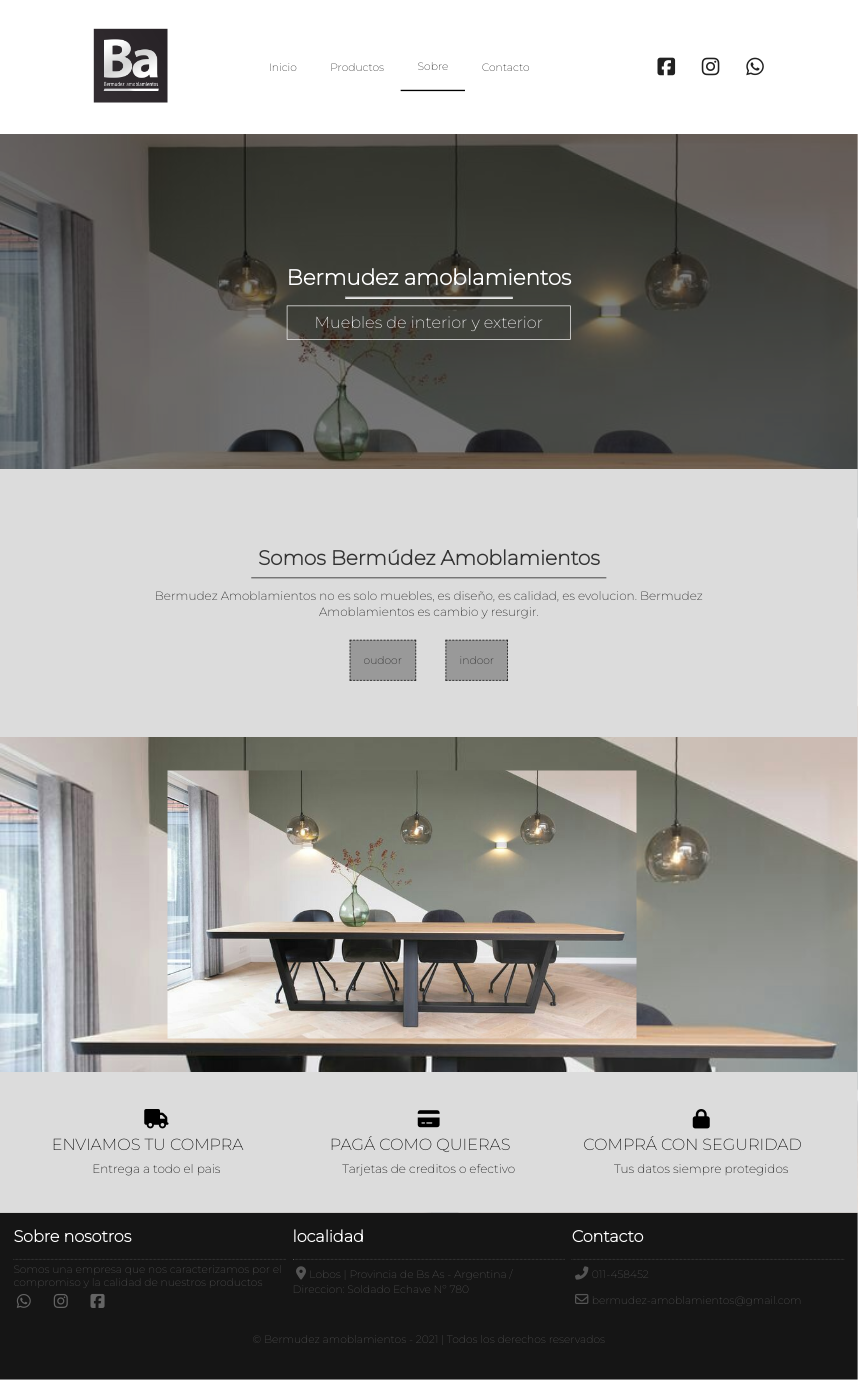
Repository: DamianBermudez94/Bermudez-amoblamientos
Page: index.html
These files come from the project's save history. The page is drawn as it stood at one moment and after the next save; the edit follows.
The browser window is 1280 px wide. The pictures show the whole page, at 67% of full size.
Backgrounds fixed to the window are drawn as part of the page. Some web libraries are served in a nearby version.

Above is the page before, as saved 2022-09-22 18:46:22.

### index.html
<!DOCTYPE html>
<html lang="es">
<head>
    <meta charset="UTF-8">
    <meta http-equiv="X-UA-Compatible" content="IE=edge">
    <meta name="viewport" content="width=device-width, initial-scale=1.0">

    <title>Bermudez-Amoblamientos</title>
    <link rel="shortcut icon" href="Imagenes/favicon (1).jpg" type="image/x-icon">
    <!--Estilos-->
    <link rel="preconnect" href="https://fonts.googleapis.com">
    <link rel="preconnect" href="https://fonts.gstatic.com" crossorigin>
    <link href="https://fonts.googleapis.com/css2?family=Montserrat:wght@200&display=swap" rel="stylesheet">
    <script src="https://kit.fontawesome.com/bdbed0aafa.js" crossorigin="anonymous"></script>
    <link rel="preconnect" href="https://fonts.gstatic.com">
    <link href="https://fonts.googleapis.com/css2?family=Roboto:ital,wght@0,300;0,400;1,100;1,300;1,700&display=swap" rel="stylesheet">
    <!--Componente del header-->
    <script defer src="./header/header.js"></script>
    <link rel="stylesheet" href="./header/header.css">

    <!--Componente del footer-->
    <script defer src="./footer/footer.js"></script>
    <link rel="stylesheet" href="./footer/footer.css">

    <script defer src="slider.js"></script>
    <!--Estilos del index-->
    <link rel="stylesheet" href="index.css">
    <script defer src="index.js"></script>

</head>
<body>
    <!--Ir arriba-->
    <div class="go-top">
        <span><i class="fas fa-chevron-up"></i> <a href="https://www.whatsapp.com"><i class="fab fa-whatsapp"></i></a></span>
    </div>
    <header class="header">

    </header>
    <main class="main" >
        <section class="welcome">
            <div class="welcome__container">
                <h1 class="welcome__title">Bermudez amoblamientos</h1>
                <hr class="linea-title">
                <p class="welcome__sub-title">Muebles de interior y exterior</p>

            </div>
        </section>


        <section class="sobre-nosotros">
            <div class="container-tip">
                <h2 class="title-somos-nosotros">Somos Bermúdez Amoblamientos</h2>

                <p class="title-parrafo">Bermudez Amoblamientos no es solo muebles, es diseño, es calidad, es evolucion. Bermudez Amoblamientos es cambio y resurgir.</p>
                <div class="enlaces">
                    <a class="btn-enlaces" href="oudoor.html">oudoor</a>
                    <a class="btn-enlaces" href="indoor.html">indoor</a>
                </div>
            </div>
        </section>
        <!--Seccion Productos-->

            <section class="section-slider">
                <div class="flexslider">
                    <div class="slider" id="slider">
                        <div class="slider-section">
                            <img class="slider-img" src="./indoor/img-indoor/imagenes-indoor/IMG-20210325-WA0018.jpg" alt="">
                            <!--<section class="flex-slider">
                              <h2 class="slider-title">Productos al 50%</h2>
                              <p class="slider-txt">Ofertas</p>
                              <a href="" class="slider__link">Comprar</a>
                            </section>-->
                        </div>
                        <div class="slider-section">
                            <img class="slider-img" src="./indoor/img-indoor/imagenes-indoor/IMG-20210325-WA0019.jpg" alt="">
                            <!--<section class="flex-slider">
                              <h2 class="slider-title">Productos al 50%</h2>
                              <p class="slider-txt">Ofertas</p>
                              <a href="" class="slider__link">Comprar</a>
                            </section>-->

                        </div>
                        <div class="slider-section" >
                            <img class="slider-img" src="./indoor/img-indoor/imagenes-indoor/IMG-20210325-WA0028.jpg" alt="">
                            <!--<section class="flex-slider">
                              <h2 class="slider-title">Productos al 50%</h2>
                              <p class="slider-txt">Ofertas</p>
                              <a href="" class="slider__link">Comprar</a>
                            </section>-->

                        </div>
                    </div>
                    <!--<span class="btn-slider slider_btn-right" id="btn-right"><i class="fas fa-chevron-right"></i></i></span>
                    <span class="btn-slider slider_btn-left" id="btn-left"><i class="fas fa-chevron-left"></i></span>-->
                </div>
            </section>
                <!--<div class="container-editor">
                    <div class="editor__item">
                        <img src="Imagenes/IMG-20210325-WA0014.jpg" alt="" class="editor-img">
                        <p class="editor-circle">Muebles de interior</p>
                    </div>
                    <div class="editor__item">
                        <img  src="Imagenes/IMG-20210325-WA0026.jpg" alt="" class="editor-img">
                        <p class="editor-circle">Muebles de exterior</p>
                    </div>
                </div>-->
            <!--Seccion tips de compras -->
            <section class="container-tips">
                <div class="tip">
                    <i class="tip-icon fas fa-truck"></i>
                    <h2 class="tip-title">ENVIAMOS TU COMPRA</h2>
                    <p class="parrafo-tips">Entrega a todo el pais</p>

                   <!-- <a href="" class="btn-tip">Comprar</a>
                  <a href="" class="btn-tip">comprar</a>
                  <a href=""class="btn-tip">Comprar</a>-->
                </div>
                <div class="tip">
                    <i class="fas fa-credit-card"></i>
                    <h2 class="tip-title">PAGÁ COMO QUIERAS</h2>
                    <p class="parrafo-tips">Tarjetas de creditos o efectivo</p>

                </div>
                <div class="tip">
                    <i class="fas fa-lock"></i>
                    <h2 class="tip-title">COMPRÁ CON SEGURIDAD</h2>
                  <p class="parrafo-tips">Tus datos siempre protegidos</p>
                </div>

            </section>

    </main>
    <!--Footer-->

    <footer class="footer">

    </footer>
</body>
</html>

### header/header.css
/** Estilos del header **/

.header {
 background-color: #fff;

}

.main-header .container {
  position: fixed;
  top: 0;
  left: 0;
  width: 100%;
  height: 30%;
  display: flex;
  align-items: center;
  justify-content: space-between;
  background: #fff;
  z-index: 9999999999;
  padding: 50px;
}

.main-header__container {
  width: 100%;
  height: auto;
  display: flex;
  justify-content:space-between;
  padding: 50px;
}
.redes-sociales {
  color: #212121;
  font-size: 35px;
  margin: 5px;
}

.redes-sociales:hover {
  color: #154f66;
}

.main-header__container-redes {
  display: none;

}

.title-img {
  object-fit: cover;
  width: 100%;
  height: 100px;

}
.img_title {
  position: relative;
  top: 0;
  left: 10px;
}

/** Estilos del Menu **/
.main-nav {
  opacity: 0;
  visibility: hidden;
  transition: all 0.5s;
  z-index: 9999999;
}
.mostrar {
  opacity: 1;
  visibility: visible;
}

.menu {
  position: absolute;
  top: 120px;
  left: 0;
  background: #212121;
  width: 100%;
  list-style: none;
  margin: 0;
  padding: 0;
}
.menu__items {
  margin: auto;
}

.menu-link {
  padding: 25px;
  border-bottom: 1px solid #646464;
  color: #fff;
  text-decoration: none;
  display: block;
}
.menu-link:hover {
  background: #000;
  color: #fff;
}

.sub-menu {
  display: none;
}

.sub-link {
  padding-left: 45px;
  border-bottom: 1px solid #646464;
  text-decoration: none;
  color: #fff;
  display: block;
  font-weight: 300;
  font-size: 16px;
}
.sub-link:hover {
  background: #000;
  color: #fff;
  width: 100%;
}
.sub-items .sub-link {
  list-style: none;
  margin: 0 10px;
  padding: 25px 0;
  padding-left: 48px;
}

.main-header__btn {
  border: 1px solid #000;
  display: block;
  padding: 10px 30px;
  color: #000;
  margin: 10px 0;
  text-decoration: none;
}
.btn-menu{
  position: relative;
  top: 35px;
  left: 95px;
  cursor: pointer;
  transition: all 0.5s ease-in-out ;
}
.menu-btn_burger{
  width: 30px;
  height: 3px;
  position: relative;
  top: 35px;
  left: 20px;
  border-radius: 5px;
  background-color: #000;
  transition: all 0.5s ease-in-out;
}
.menu-btn_burger::before,
.menu-btn_burger::after{
 content: "";
 position: absolute;
 top:0;
 left: 0;
 width: 30px;
 height: 3px;
 background-color: #000;
 border-radius: 5px;
 transition: all 0.5s ease-in-out;
}
.menu-btn_burger::before{
  transform: translateY(-16px);
}
.menu-btn_burger::after{
  transform: translateY(16px);
}
.btn-menu.open .menu-btn_burger {
  transform: translateX(-50px);
  background-color: transparent;
}
.btn-menu.open .menu-btn_burger::before {
  transform: rotate(45deg) translate(35px, -35px);
}
.btn-menu.open .menu-btn_burger::after {
  transform: rotate(-45deg) translate(35px, 35px);
}
@media (min-width: 760px) {
  .header {
    height: 200px;
    justify-content: space-between;

  }

  .main-header__container{
    height: 200px;
    padding: 50px;
  }
  .main-header__container-redes{
    display: flex;
    justify-content: space-between;
    align-items: center;

  }
  .redes-sociales {
    color: #212121;
    font-size: 25px;
    margin: 10px;
    position: relative;
    top: 0;
    left: 0;
    display: block;
  }
  .img_title {
   top: 30px;
  }

  .menu {
    top: 180px;
  }
  .title-somos-nosotros {
    font-size: 28px;
    text-align: center;
    padding: 10px;
  }
}


@media (min-width: 960px) {

  .main-header__container {
    display: flex;
    align-items: center;
    justify-content: space-evenly;
    padding: 0 120px 0;


  }

  .main-nav {
    visibility: visible;
    opacity: 1;
    width: 100%;
    right: 25px;
    margin: 0;
    padding: 15px;
  }
  .main-header-link {
    color: #333;
    border-bottom: none;
  }
  .main-header__container .main-nav .menu li a.active {
    border-bottom: 2px solid #000;
  }

  .menu {
    position: static;
    width: 100%;
    display: flex;
    align-items: center;
    justify-content: center;
    background: none;
  }

  .menu__items {
    padding: 0;
    margin: 0;
    display: flex;
  }
  .menu-link {
    color: #212121;
    border-bottom: none;
  }
  .menu-link:hover {
    color: #f7f7f7;
  }

  .main-nav .menu .sub-menu {
    display: none;
    transition: all 0.5s;
  }
  .main-nav .menu .menu__items {
    display: flex;
    justify-content: space-between;
    align-items: center;
  }

  .menu .menu__items:hover .sub-menu {
    display: block;
    position: absolute;
    top: 120px;
    left: 485px;
    width: 300px;
  }

  .sub-link {
    position: relative;
    top: 15px;
    left: 15px;
    width: 300px;
    text-decoration: none;
    color: #151515;
    background: #f7f7f7;
    font-size: 16px;
    transition: all 0.5s;
  }
  .sub-link:hover {
    max-width: 300px;
    color: #fff;
    background: #151515;
  }
  .sub-items {
    list-style: none;
  }

  .title-img {
    object-fit: cover;
    font-size: 24px;
    width: 150px;
    height: 150px;
    padding: 20px;
    margin: 0;
  }
  .img_title {
    position: initial;
  }

  .main-header__container-redes {
    padding: 20px;
  }
  .redes-sociales {
    position: relative;
    top: 0;
    left: 20px;
    margin: 15px;
    padding: 5px;
    font-size: 30px;
    display: block;
  }
  .btn-menu {
    display: none;
  }
}

### footer/footer.css
/** Estilos Del footer **/

.footer {

  padding: 20px;
  background: #151515;
  color: #fff;
}
.redes-footer {
  padding: 15px;
  position: relative;
  top: 0;
  left: -10px;
  font-size: 1.5em;
  color: #646464;
  margin: 0;
  transition: all 0.5s;
}
.redes-footer:hover {
  color: #fff;
}
.footer-txt {
  color: #555;
  padding: 5px 0;
}
.footer-link {
  color: #555;
  text-decoration: none;
  display: block;
  padding: 10px 0;
}

.title-footer {
  border-bottom: 1px dotted #555;
  padding-bottom: 20px;
}
.redes {
  font-size: 20px;
  margin: 5px;
}
.container-copy{
  text-align: center;
  padding: 10px;
}
.copy {
  color: #555;
  margin: 10px 0;
  padding: 10px;
}
@media screen and (min-width:720px) {
  .container-footer {

    display: grid;
    grid-template-columns: repeat(3, 1fr);
    gap: 10px;

  }

}

### index.css
* {
  padding: 0;
  margin: 0;
  box-sizing: border-box;
  font-family: 'Montserrat', sans-serif;
}

/** Go top **/
.go-top {
  position: fixed;
  bottom: 0px;
  right: -100%;
  width: 50px;
  height: 50px;

  background: #fff;
  z-index: 9999;
  display: flex;
  justify-content: center;
  align-items: center;
  cursor: pointer;
  transition: 500ms;
}
.go-top:hover {
  border: 2px solid #fff;
  border-radius: 50%;
  background: rgb(71, 71, 71);
}
.go-top:hover span {
  color: #fff;
}
.go-top > span {
  font-size: 25px;
  color: #000;
}
main{
  background: url("./indoor/img-indoor/imagenes-indoor/IMG-20210325-WA0018.jpg");
  background-attachment: fixed;
  background-position:center;
  background-size:cover;
}

/** Diseño del Welcome**/

.welcome {
  width: 100%;
  height: 500px;
  background-color: rgba(0, 0, 0, 0.5);
  display: flex;
  align-items: center;
  justify-content: center;
  flex-direction: column;
}

.welcome__title {
  font-size: 32px;
  color: #fff;
  font-weight: 700;
  text-align: center;
  margin: 10px;
}

.welcome hr {
  width: 250px;
  margin: auto;
  height: 3px;
  background: #fff;
}
.welcome__sub-title {
  font-size: 24px;
  margin: 10px;
  color: #fff;
  border: 1px solid #fff;
  padding: 10px;

  text-align: center;
}

/** Fin del style**/

/********* Seccion sobre nosotros ****/
.sobre-nosotros{
  width: 100%;
  height: 400px;
}
.container-tip {
  display: flex;
  justify-content: center;
  align-items: center;
  flex-direction: column;
  height: 100%;
  margin: 0;
  padding:10px;
  background-color: #dcdcdc;
}
.title-somos-nosotros {

  font-size: 24px;
  font-weight: bold;
  text-align: center;
  color: #333;
  border-bottom: 1px solid #000;
}

.title-parrafo {
 width: 70%;
  text-align: center;
  font-weight: 400;
  font-size: 18px;
  margin-top: 15px;
  line-height: 24px;
  color: #151515;
}
.enlaces {
  margin-top: 50px;
}
.btn-enlaces {
  width: 100%;
  padding: 20px;
  margin:20px;
  text-decoration: none;
  border: 1px dashed #000;
  transition: all 0.5s;
  cursor: pointer;
  color: #212121;
  background: #999999;
}
.btn-enlaces:hover {
  background: #212121;
  color: #fff;
}


/*****Diseño del slider****/

.flexslider {
  width: 100%;
  height: 500px;
  position: relative;
  overflow: hidden;

}
.slider {
  display: flex;
  width: 300%;
  height: 300px;
  margin-left: -100%;
  position: relative;
}


.slider-section {
  position: relative;
  top: 50px;
  width: 100%;
  display: flex;
  justify-content: center;
  align-items: center;

}

.slider-img {
  position: absolute;
  top: 0;
  width: 300px;
  height: 400px;
  object-fit: cover;

}



/** Seccion tips informaticos **/

.container-tips {
  height: 500px;
  padding: 30px;
  text-align: center;
  background-color: #dcdcdc;
}
.tip-title {
  font-size: 16px;
  font-weight: 300;
}

.tip i {
  font-size: 24px;
  padding: 20px 0;
}
.parrafo-tips {
  font-size: 14px;
  text-align: center;
  font-weight: 300;
  margin-top: 8px;
}

/** Estilo responsive para tablet **/

@media screen and (min-width: 768px) {

  .slider-img {
    width: 600px;
    height: 400px;
    object-fit: cover;

  }
  .container-tips {
    display: grid;
    grid-template-columns: repeat(3, 1fr);
  }
  .tip-icon {
    font-size: 29px;
  }
  .tip-title {
    font-size: 24px;
    font-weight: 700;
  }
  .parrafo-tips {
    font-size: 18px;
  }
  .title-somos-nosotros{
    font-size: 30px;
  }
}

@media (min-width: 1024px) {
  /**header **/
  .header-img {
    display: flex;
    justify-content: center;
    align-items: center;
    margin: 0 auto;
  }
  .header-img .welcome h1 {
    font-size: 50px;
    color: #fff;
    font-weight: 700;

    margin-bottom: 35px;
  }
  .header-img .welcome .linea-title {
    width: 400px;
    height: 5px;
    background: #fff;
    border: none;
    margin-top: -15px;
    text-align: center;
  }
  .header-img .welcome p {
    width: 500px;
    font-size: 30px;
    font-weight: 200;
    color: #fff;
    border: 3px solid #fff;
    padding: 10px;
    margin-top: 30px;
  }

  /** Fin del header **/


  /**** Seccion slider ****/

  .slider-img {
    width: 600px;
    height: 400px;


  }



  /***** Seccion Tips **/
  .container-tips {
    width: 100%;
    height: 100%;
    position: relative;
  }

  .tip-title {
    padding-right: 26px;
    font-weight: 400;
  }
  .tip {
    padding: auto;
    margin: 15px auto;
  }
  .tip i {
    font-size: 29px;
    text-align: center;
    padding: 10px 10px;
  }
  .parrafo-tips {
    font-size: 18px;
    margin: 10px auto;
  }
}
@media screen and (min-width: 1280px) {
  .main-header {
    position: relative;
    width: 100%;
  }
  .main-header .container {
    position: absolute;
    top: 0;
    left: 0;
    width: 100%;
    height: 30%;
    background: #fff;
    display: flex;
    justify-content: space-between;
    align-items: center;
    z-index: 9999999999;
  }
  .container {
    width: 1000px;
    margin: auto;
  }
  .main-header__container:nth-child(3) {
    padding-left: 50px;
  }


  .slider-img {
    width: 700px;
    height: 400px;

  }
}
@media screen and (min-width: 1600px) {
  .main-header {
    position: relative;
    width: 100%;
  }
  .main-header .container {
    position: fixed;
    top: 0;
    left: 0;
    width: 100%;
    height: 30%;
    background: #fff;
    display: flex;
    justify-content: space-between;
    align-items: center;
    z-index: 9999;
  }
  .container {
    width: 1400px;
    margin: auto;
  }
  .main-header__container:nth-child(3) {
    padding-left: 100px;
  }
}

### footer/footer.js
function footerComponet(el) {
  const footerEl = document.createElement("div");
  footerEl.innerHTML = `  <div class="container-footer">
    <div class="footer-section">
        <h2 class="title-footer">Sobre nosotros</h2>
        <p class="footer-txt">Somos una empresa que nos caracterizamos por el compromiso y la calidad de nuestros productos</p>
        <a href="" class="redes-footer"><i class="fab fa-whatsapp"></i></a>
        <a href="" class="redes-footer"><i class="fab fa-instagram"></i></a>
        <a href="" class="redes-footer"><i class="fab fa-facebook-square"></i></a>
    </div>

    <div class="footer-section">
      <h2 class="title-footer">localidad</h2>
      <p class="footer-txt"><i class="fas fa-map-marker-alt redes"></i>Lobos | Provincia de Bs As - Argentina / Direccion: Soldado Echave Nº 780</p>

    </div>
    <div class="footer-section">
      <h2 class="title-footer">Contacto</h2>
      <p class="footer-txt"><i class="fas fa-phone-alt redes"></i>011-458452</p>
      <p class="footer-txt"><i class="far fa-envelope redes"></i>bermudez-amoblamientos@gmail.com</p>
    </div>



  </div>
  <div class="container-copy">
    <p class="copy">&copy; Bermudez amoblamientos - 2021 | Todos los derechos reservados </p>
  </div>
  `;

  el.appendChild(footerEl);
  console.log("sadasdasd", footerEl);
}

### slider.js
// Animacion slider

const slider = document.querySelector("#slider");
let sliderSection = document.querySelectorAll(".slider-section");
let sliderSectionLast = sliderSection[sliderSection.length - 1];

slider.insertAdjacentElement("afterbegin", sliderSectionLast);

function nextRight() {
  let sliderSectionFirts = document.querySelectorAll(".slider-section")[0];

  slider.style.marginLeft = "-200%";
  slider.style.transition = "0.8s ease-in-out";

  setTimeout(function () {
    slider.style.transition = "none";
    slider.insertAdjacentElement("beforeend", sliderSectionFirts);
    slider.style.marginLeft = "-100%";
  }, 1200);
}
function Prev() {
  let sliderSection = document.querySelectorAll(".slider-section");
  let sliderSectionLast = sliderSection[sliderSection.length - 1];
  slider.style.marginLeft = "0";

  setTimeout(function () {
    slider.style.transition = "none";
    slider.insertAdjacentElement("afterbegin", sliderSectionLast);
    slider.style.marginLeft = "-100%";
  }, 1200);
}

/*btnLeft.addEventListener("click", function () {
  Prev();
});
const btnRight = document.querySelector("#btn-right");
const btnLeft = document.querySelector("#btn-left");

btnRight.addEventListener("click", function () {
  nextRight();
});*/

setInterval(function () {
  nextRight();
}, 5000);

### index.js
function main() {
  headertComponet(document.querySelector(".header"));
  footerComponet(document.querySelector(".footer"));

  menu();
}
main();

Loaded but not shown: header/header.js (87 lines, source omitted)

After the next save:
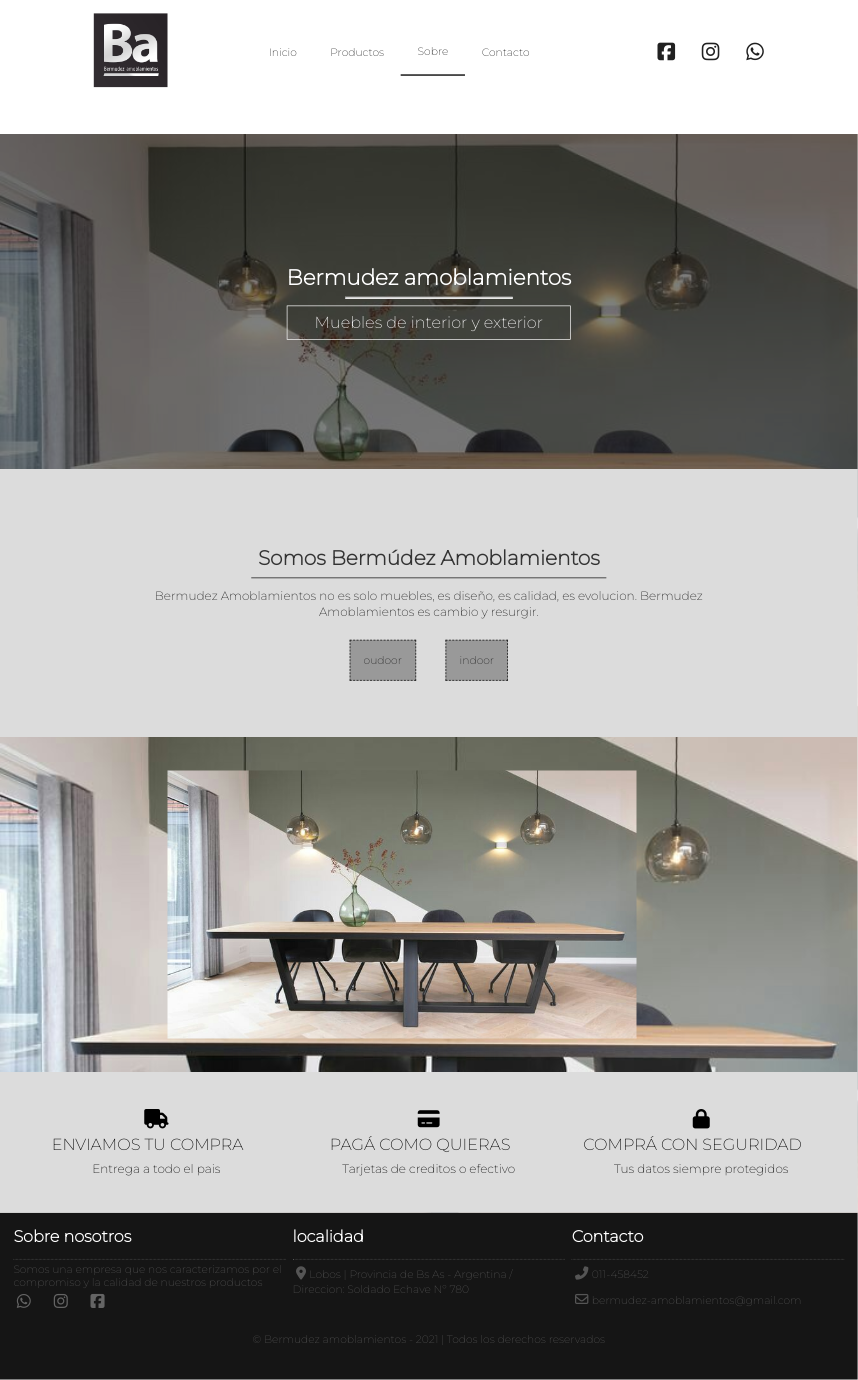
Saved 40 s later.
--- a/header/header.css
+++ b/header/header.css
@@ -177,7 +177,7 @@
   }
 
   .main-header__container{
-    height: 200px;
+    height: auto;
     padding: 50px;
   }
   .main-header__container-redes{
